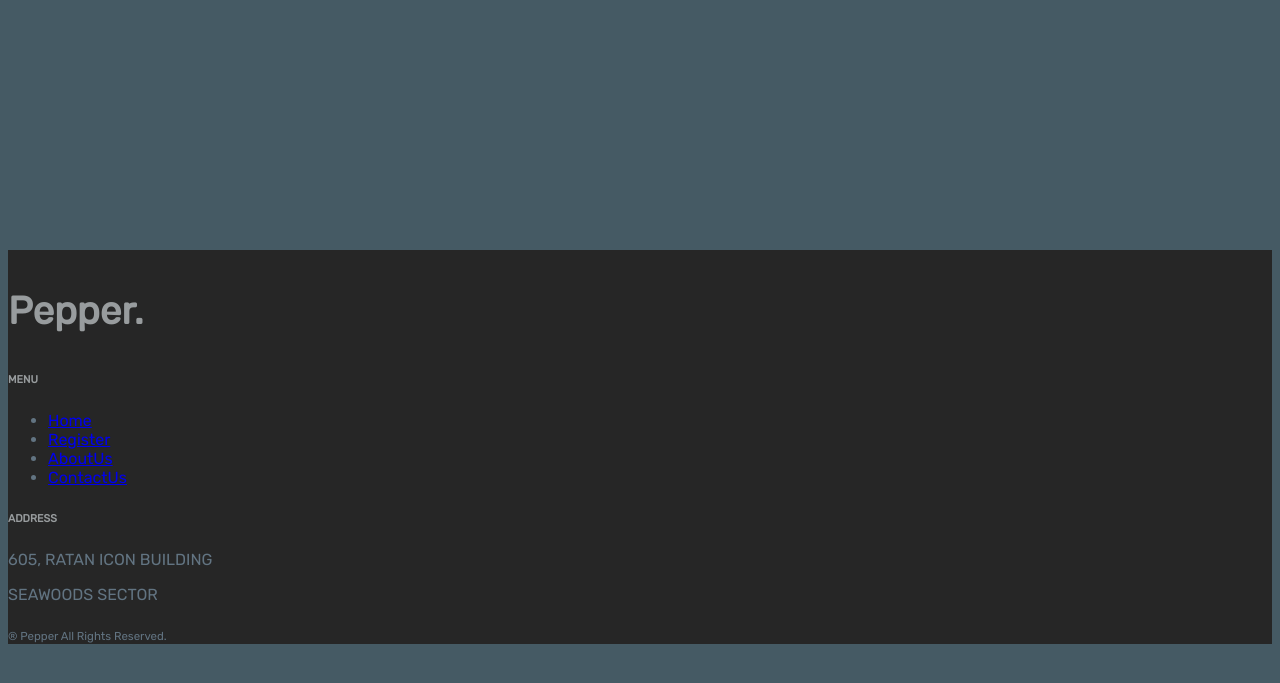
Repository: Yasmeen198/The_Project
Page: http://localhost/Shopify_Frontend/WEB-INF/views/footer.jsp
The author's editor kept a copy of each file at every save. The page is drawn from the files as they stood at one save, then again after the next save.
The browser window is 1280 px wide. The pictures show the whole page.
Some web libraries are served in a nearby version. The page is served by Tomcat 9. Nobody is signed in. The template is opened directly, without the code that normally fills it, so the values that code supplies are empty.

Above is the page before, as saved 2021-05-23 09:23:20.
Console error: TypeError: Cannot read properties of undefined (reading 'fn')

After the next save:
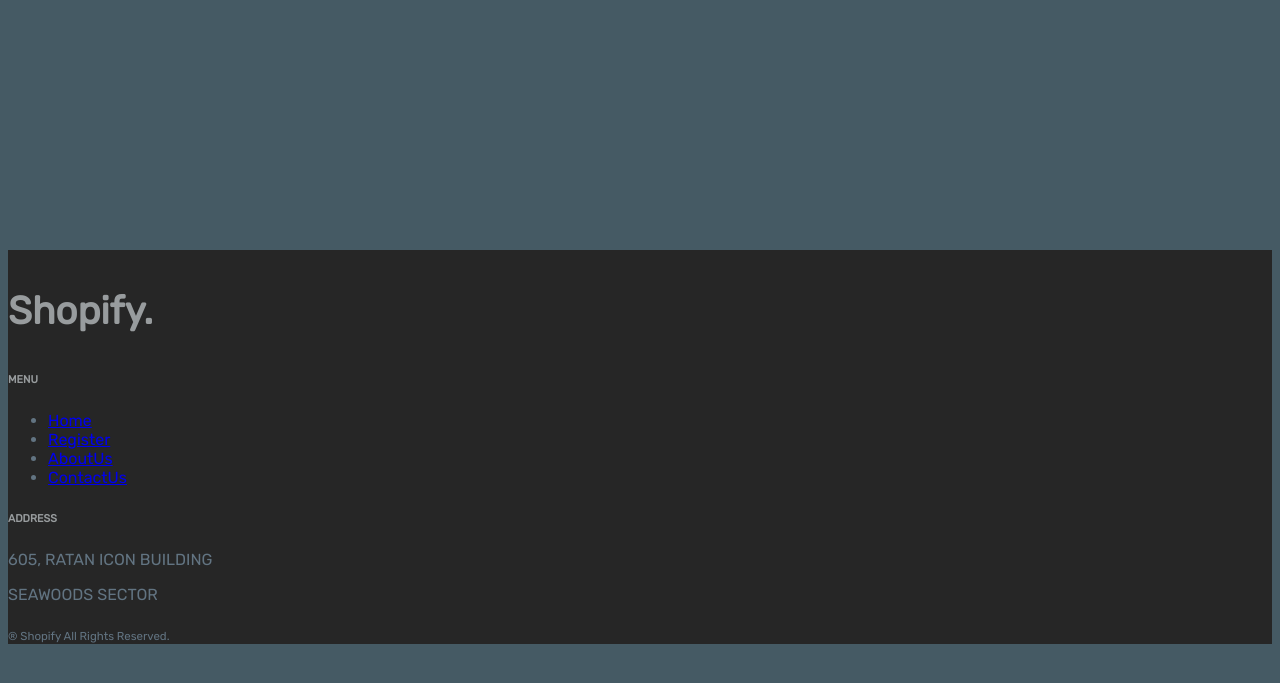
Saved 48 s later.
--- a/Shopify_Frontend/src/main/webapp/WEB-INF/views/footer.jsp
+++ b/Shopify_Frontend/src/main/webapp/WEB-INF/views/footer.jsp
@@ -60,7 +60,7 @@
              <div class="col-11">
                  <div class="row ">
                      <div class="col-xl-8 col-md-4 col-sm-4 col-12 my-auto mx-auto a">
-                         <h3 class="text-muted mb-md-0 mb-5 bold-text">Pepper.</h3>
+                         <h3 class="text-muted mb-md-0 mb-5 bold-text">Shopify.</h3>
                      </div>
                      <div class="col-xl-2 col-md-4 col-sm-4 col-12">
                          <h6 class="mb-3 mb-lg-4 bold-text "><b>MENU</b></h6>
@@ -79,7 +79,7 @@
                  </div>
                  <div class="row ">
                      <div class="col-xl-8 col-md-4 col-sm-4 col-auto my-md-0 mt-5 order-sm-1 order-3 align-self-end">
-                         <p class="social text-muted mb-0 pb-0 bold-text"> <span class="mx-2"><i class="fa fa-facebook" aria-hidden="true"></i></span> <span class="mx-2"><i class="fa fa-linkedin-square" aria-hidden="true"></i></span> <span class="mx-2"><i class="fa fa-twitter" aria-hidden="true"></i></span> <span class="mx-2"><i class="fa fa-instagram" aria-hidden="true"></i></span> </p><small class="rights"><span>&#174;</span> Pepper All Rights Reserved.</small>
+                         <p class="social text-muted mb-0 pb-0 bold-text"> <span class="mx-2"><i class="fa fa-facebook" aria-hidden="true"></i></span> <span class="mx-2"><i class="fa fa-linkedin-square" aria-hidden="true"></i></span> <span class="mx-2"><i class="fa fa-twitter" aria-hidden="true"></i></span> <span class="mx-2"><i class="fa fa-instagram" aria-hidden="true"></i></span> </p><small class="rights"><span>&#174;</span> Shopify All Rights Reserved.</small>
                      </div>
                  </div>
              </div>
